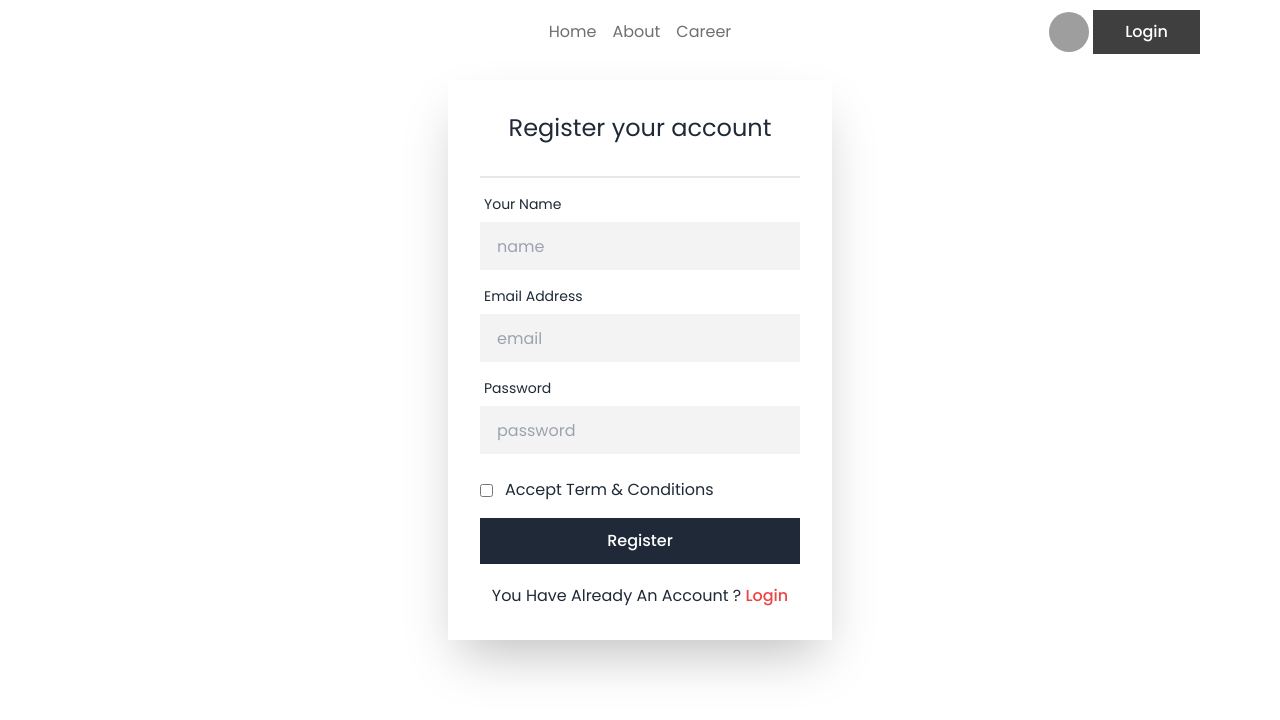
Repository: ShouravAhammed/react-dragon-news-auth
Page: /register
The author's editor kept a copy of each file at every save. The page is drawn from the files as they stood at one save, then again after the next save.
The browser window is 1280 px wide. The pictures show the whole page.
Pictures or frames that could not be fetched are drawn as grey boxes. The project was rebuilt for these pictures with package versions that can differ from the ones it lists, and the page was loaded fresh each time. Also part of the build but not shown: vite.config.js, src/pages/BreakingNews/BreakingNews.jsx, src/pages/Shared/Header/Header.jsx, src/pages/Shared/LeftSideNav/LeftSideNav.jsx, src/Components/btnLogin/BtnLogin.jsx, src/pages/Shared/RIghtSideNav/RightSideNav.jsx, src/pages/Home/Home.jsx, src/pages/About/About.jsx and 2 more.

Above is the page before, as saved 2024-04-14 03:27:59.

### src/main.jsx
import React from 'react'
import ReactDOM from 'react-dom/client'
import './index.css'
import { RouterProvider } from 'react-router-dom'
import router from './Routes/Routes.jsx'

ReactDOM.createRoot(document.getElementById('root')).render(
  <React.StrictMode>
    <RouterProvider router={router}/>
  </React.StrictMode>,
)

### src/Routes/Routes.jsx
import Root from "../layout/Root";

import {
    createBrowserRouter,
  } from "react-router-dom";
import Home from "../pages/Home/Home";
import About from "../pages/About/About";
import Career from "../pages/Career/Career";
import Login from "../pages/Login/Login";
import Register from "../pages/Register/Register";

const router = createBrowserRouter([
    {
        path: '/',
        element: <Root></Root>,
        children: [
            {

                path: '/',
                element: <Home></Home>,
            },
            {

                path: '/about',
                element: <About></About>,
            },
            {

                path: '/career',
                element: <Career></Career>,
            },
            {

                path: '/login',
                element: <Login></Login>,
            },
            {

                path: '/register',
                element: <Register></Register>,
            },

        ]
    }
])

export default router;

### src/layout/Root.jsx
import { Outlet } from "react-router-dom";


const Root = () => {
    return (
        <div className="max-w-6xl mx-auto font-poppins px-2">
            <Outlet></Outlet>
        </div>
    );
};

export default Root;

### src/pages/Register/Register.jsx
import { Link } from "react-router-dom";
import Navbar from "../Shared/Navbar/Navbar";

const Register = () => {
    return (
        <div>
            <Navbar></Navbar>

            <div className="">
  <div className="hero-content">
    <div className="card rounded-none w-full max-w-sm shadow-2xl">

      <form className="card-body">
        <h3 className="text-center pb-8 border-b-2 text-2xl">Register your account</h3>
        <div className="form-control">
          <label className="label">
            <span className="label-text">Your Name</span>
          </label>
          <input type="text" id="name" name="name" placeholder="name" className="input rounded-none bg-[#F3F3F3]" required />
        </div>
        <div className="form-control">
          <label className="label">
            <span className="label-text">Email Address</span>
          </label>
          <input type="email" id="email" name="email" placeholder="email" className="input rounded-none bg-[#F3F3F3]" required />
        </div>
        <div className="form-control">
          <label className="label">
            <span className="label-text">Password</span>
          </label>
          <input type="password" id="password" name="password" placeholder="password" className="input bg-[#F3F3F3] rounded-none" required />
        </div>
        <div className="mt-2 flex items-center gap-2">
            <input className="text-2xl" type="checkbox" name="checked" id="checked" />
            <label className="label">Accept Term & Conditions</label>
        </div>
        <div className="form-control">
        <button
        className="w-full px-8 py-2.5 relative group overflow-hidden font-medium bg-gray-800 text-white inline-block border-gray-800 border"
      >
        <span className="absolute top-0 left-0 flex w-full h-0 mb-0 transition-all duration-200 ease-out transform translate-y-0 bg-white group-hover:h-full"></span>
        <span className="relative group-hover:text-gray-800">Register</span>
      </button>
        </div>
        <p className="text-center mt-3"> You Have Already An Account ? <Link className="font-medium text-red-500" to={'/login'}>Login</Link></p>
      </form>

    </div>
  </div>
</div>

        </div>
    );
};

export default Register;

### src/pages/Shared/Navbar/Navbar.jsx
import { Link, NavLink } from "react-router-dom";
import DefaultUser from '../../../assets/user.png'

const Navbar = () => {

    const navLinks =
    <>
        <li><NavLink to={'/'} className={({isActive}) => isActive ? 'text-[#D72050]' : 'text-[#706F6F]'}>Home</NavLink></li>
        <li><NavLink to={'/about'} className={({isActive}) => isActive ? 'text-[#D72050]' : 'text-[#706F6F]'}>About</NavLink></li>
        <li><NavLink to={'/career'} className={({isActive}) => isActive ? 'text-[#D72050]' : 'text-[#706F6F]'}>Career</NavLink></li>
    </>

    return (
        <div>
            <div className="navbar">
  <div className="navbar-start">
    <div className="dropdown">
      <div tabIndex={0} role="button" className="btn btn-ghost lg:hidden">
        <svg xmlns="http://www.w3.org/2000/svg" className="h-5 w-5" fill="none" viewBox="0 0 24 24" stroke="currentColor"><path strokeLinecap="round" strokeLinejoin="round" strokeWidth="2" d="M4 6h16M4 12h8m-8 6h16" /></svg>
      </div>
      <ul tabIndex={0} className=" menu-sm dropdown-content mt-3 z-[1] p-2 shadow bg-base-100 rounded-box w-52 text-[#706F6F] font-normal text-[18px]">
        {navLinks}
      </ul>
    </div>
  </div>
  <div className="navbar-center hidden lg:flex">
    <ul className="flex justify-center items-center gap-4 menu-horizontal px-1">
      {navLinks}
    </ul>
  </div>
  <div className="navbar-end">
  <div tabIndex={0} role="button" className="btn btn-ghost btn-circle avatar">
        <div className="w-10 rounded-full">
          <img alt="Tailwind CSS Navbar component" src={DefaultUser} />
        </div>
      </div>

  <Link to={'/login'}
        className="px-8 py-2.5 relative group overflow-hidden font-medium bg-[#403F3F] text-white inline-block"
      >
        <span className="absolute top-0 left-0 flex w-full h-0 mb-0 transition-all duration-200 ease-out transform translate-y-0 bg-gray-50 group-hover:h-full"></span>
        <span className="relative group-hover:text-[#403F3F]">Login</span>
      </Link>
  </div>
</div>
        </div>
    );
};

export default Navbar;

### tailwind.config.js
/** @type {import('tailwindcss').Config} */
export default {
  content: [
    "./index.html",
    "./src/**/*.{js,ts,jsx,tsx}",
  ],
  theme: {
    extend: {
      fontFamily: {
        poppins: '"Poppins", sans-serif;', // Adds a new `font-display` class
      }
    }
  },
  plugins: [require("daisyui")],
}

Loaded but not shown: index.html (common file); src/index.css (common file)

After the next save:
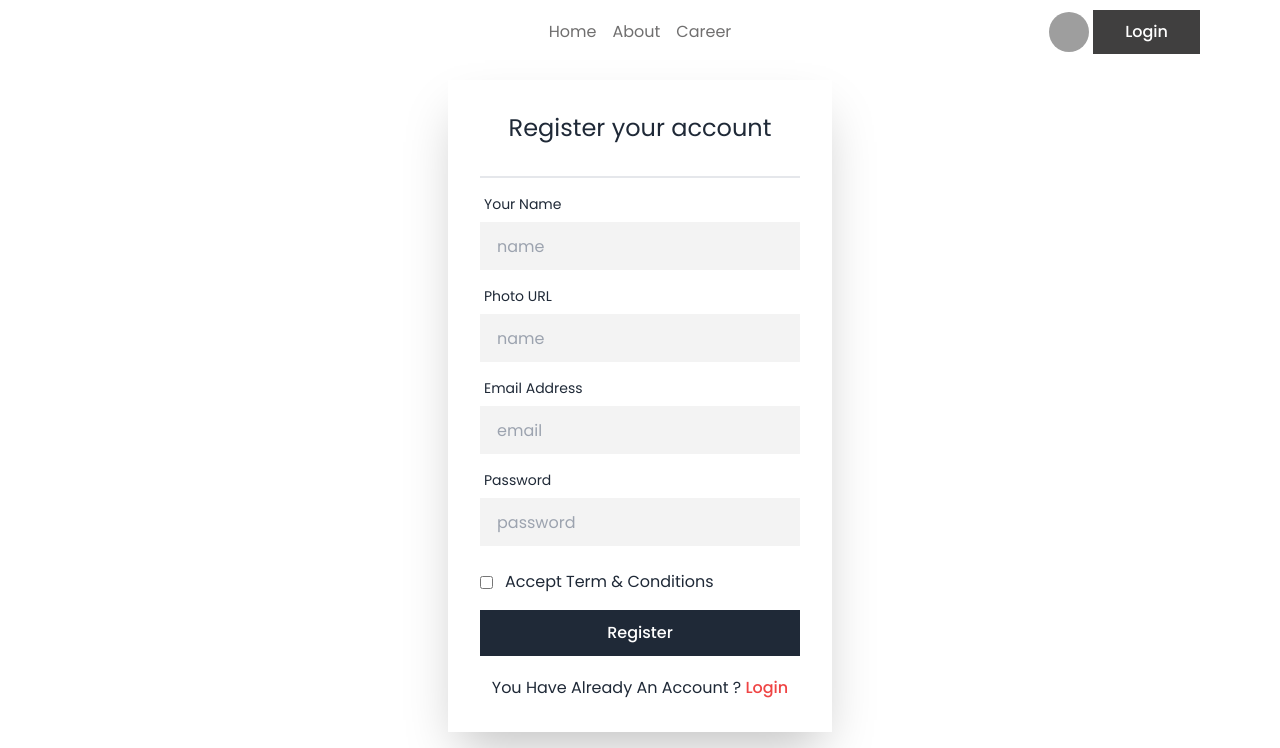
Saved 6 min 39 s later.
--- a/src/pages/Register/Register.jsx
+++ b/src/pages/Register/Register.jsx
@@ -17,6 +17,12 @@ const Register = () => {
             <span className="label-text">Your Name</span>
           </label>
           <input type="text" id="name" name="name" placeholder="name" className="input rounded-none bg-[#F3F3F3]" required />
+        </div>
+        <div className="form-control">
+          <label className="label">
+            <span className="label-text">Photo URL</span>
+          </label>
+          <input type="text" id="name" name="Photo" placeholder="name" className="input rounded-none bg-[#F3F3F3]" required />
         </div>
         <div className="form-control">
           <label className="label">
